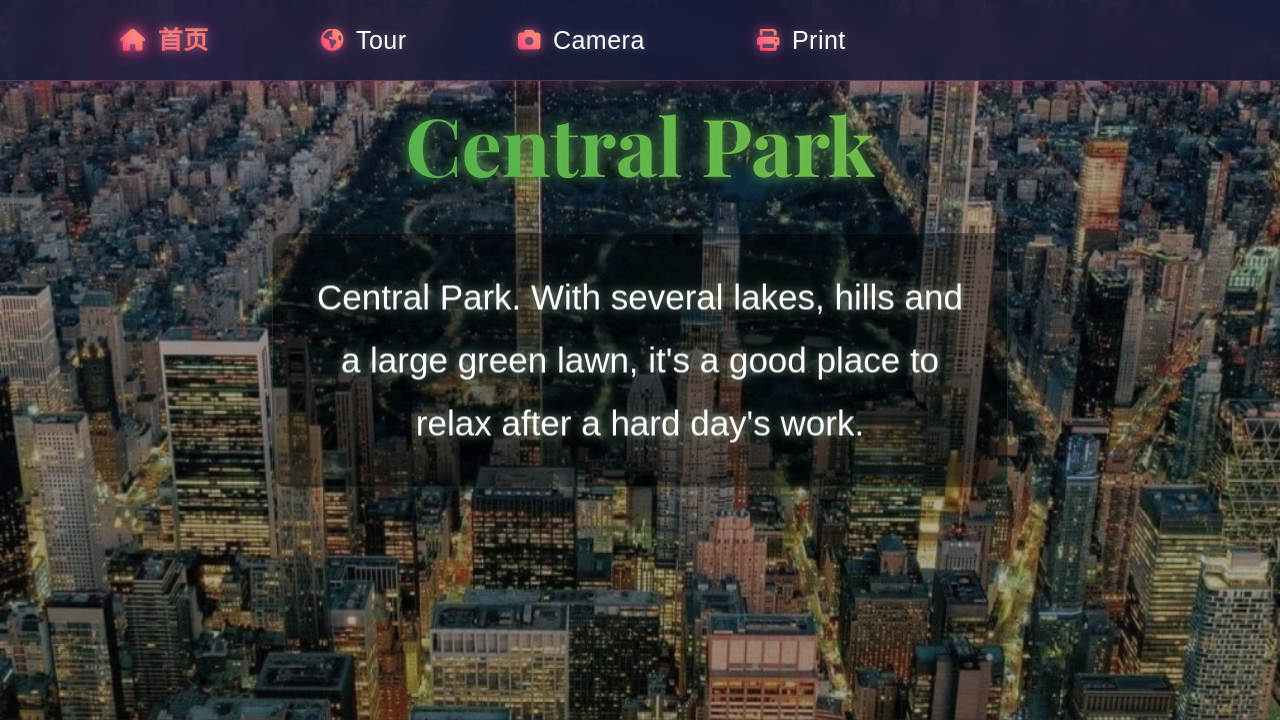
Repository: huang-heavenly-Emperor/NewYork
Page: central-park.html
The author's editor kept a copy of each file at every save. The page is drawn from the files as they stood at one save, then again after the next save.
The browser window is 1280 px wide. The pictures show the whole page.

Above is the page before, as saved 2024-12-12 10:03:42.

### central-park.html
<!DOCTYPE html>
<html lang="en">

<head>
  <meta charset="UTF-8">
  <meta name="viewport" content="width=device-width, initial-scale=1.0">
  <title>Central Park - NYC</title>
  <link rel="stylesheet" href="css/central-park.css">
  <link rel="stylesheet" href="https://cdnjs.cloudflare.com/ajax/libs/font-awesome/6.0.0/css/all.min.css">
  <link rel="stylesheet" href="css/animations.css">
  <link rel="stylesheet" href="css/style.css">
  <link href="https://fonts.googleapis.com/css2?family=Playfair+Display:wght@700&family=Inter:wght@400;500&display=swap"
    rel="stylesheet">
</head>

<body>
  <nav class="main-nav">
    <ul class="nav-links">
      <li>
        <a href="/" class="active">
          <i class="fas fa-home"></i>
          首页
        </a>
      </li>
      <li class="dropdown">
        <a href="/tour">
          <i class="fas fa-globe-americas"></i>
          Tour
        </a>
        <ul class="dropdown-menu">
          <li>
            <a href="/asia">
              <i class="fas fa-torii-gate"></i>
              Asia
            </a>
          </li>
          <li>
            <a href="/africa">
              <i class="fas fa-sun"></i>
              Africa
            </a>
          </li>
          <li>
            <a href="/europe">
              <i class="fas fa-landmark"></i>
              Europe
            </a>
          </li>
          <li class="nested-dropdown">
            <a href="/america">
              <i class="fas fa-flag-usa"></i>
              America
            </a>
            <ul class="nested-dropdown-menu">
              <li class="usa-dropdown">
                <a href="/usa">
                  <i class="fas fa-star"></i>
                  The USA
                </a>
                <ul class="usa-dropdown-menu">
                  <li>
                    <a href="/wall-street">
                      <i class="fas fa-chart-line"></i>
                      Wall Street
                    </a>
                  </li>
                  <li>
                    <a href="/times-square">
                      <i class="fas fa-city"></i>
                      Times Square
                    </a>
                  </li>
                  <li>
                    <a href="/central-park">
                      <i class="fas fa-tree"></i>
                      Central Park
                    </a>
                  </li>
                  <li>
                    <a href="/broadway">
                      <i class="fas fa-theater-masks"></i>
                      Broadway
                    </a>
                  </li>
                </ul>
              </li>
            </ul>
          </li>
          <li>
            <a href="/others">
              <i class="fas fa-ellipsis-h"></i>
              Others
            </a>
          </li>
        </ul>
      </li>
      <li>
        <a href="/camera">
          <i class="fas fa-camera"></i>
          Camera
        </a>
      </li>
      <li>
        <a href="/print">
          <i class="fas fa-print"></i>
          Print
        </a>
      </li>
    </ul>
  </nav>

  <div class="banner">
    <img src="images/3.png" alt="Central Park">
    <h1>Central Park</h1>
  </div>

  <article class="content">
    <p class="article-text">
      Central Park. With several lakes, hills and a large green lawn, it's a good place to relax after a hard day's work.
    </p>
  </article>
</body>

</html>

### css/central-park.css
/* 基础样式 */
* {
    margin: 0;
    padding: 0;
    box-sizing: border-box;
}

body {
    font-family: 'Inter', sans-serif;
    line-height: 1.6;
    color: #ffffff;
    background: #000000;
    height: 100vh;
    overflow: hidden;
}

/* Banner区域 */
.banner {
    position: relative;
    width: 100vw;
    height: 100vh;
    overflow: hidden;
}

.banner img {
    width: 100%;
    height: 100%;
    object-fit: cover;
    filter: brightness(0.7);
    animation: zoomIn 1.5s ease-out forwards;
}

.banner h1 {
    position: absolute;
    top: 20%;
    left: 50%;
    transform: translate(-50%, -50%);
    font-family: 'Playfair Display', serif;
    font-size: 5rem;
    background: linear-gradient(45deg, #4CAF50, #8BC34A);
    -webkit-background-clip: text;
    -webkit-text-fill-color: transparent;
    text-shadow:
        0 0 10px rgba(76, 175, 80, 0.5),
        0 0 20px rgba(139, 195, 74, 0.5);
    opacity: 0;
    animation: titleReveal 1.2s ease-out 0.8s forwards;
}

/* 文章内容 */
.content {
    position: absolute;
    top: 50%;
    left: 50%;
    transform: translate(-50%, -50%);
    max-width: 800px;
    width: 90%;
    padding: 2rem;
    z-index: 2;
    opacity: 0;
    animation: contentFadeIn 1s ease-out 1.5s forwards;
}

.article-text {
    font-size: 35px;
    line-height: 1.8;
    color: #ffffff;
    text-align: center;
    text-shadow:
        0 0 10px rgba(255, 255, 255, 0.5),
        0 0 20px rgba(76, 175, 80, 0.3);
    background: rgba(0, 0, 0, 0.4);
    padding: 2rem;
    border-radius: 15px;
    backdrop-filter: blur(10px);
    border: 1px solid rgba(76, 175, 80, 0.2);
}

/* 动画定义 */
@keyframes zoomIn {
    0% {
        transform: scale(1.2);
        filter: brightness(0);
    }
    100% {
        transform: scale(1);
        filter: brightness(0.7);
    }
}

@keyframes titleReveal {
    0% {
        opacity: 0;
        transform: translate(-50%, -20%);
        letter-spacing: 15px;
        text-shadow:
            0 0 20px rgba(76, 175, 80, 0.8),
            0 0 40px rgba(139, 195, 74, 0.8);
    }
    100% {
        opacity: 1;
        transform: translate(-50%, -50%);
        letter-spacing: normal;
        text-shadow:
            0 0 10px rgba(76, 175, 80, 0.5),
            0 0 20px rgba(139, 195, 74, 0.5);
    }
}

@keyframes contentFadeIn {
    0% {
        opacity: 0;
        transform: translate(-50%, -30%);
    }
    100% {
        opacity: 1;
        transform: translate(-50%, -50%);
    }
}

/* 响应式设计 */
@media (max-width: 768px) {
    .banner h1 {
        font-size: 3rem;
    }

    .article-text {
        font-size: 28px;
        padding: 1.5rem;
    }
}

@media (max-width: 480px) {
    .banner h1 {
        font-size: 2.5rem;
    }

    .article-text {
        font-size: 24px;
        padding: 1rem;
    }
}

### css/animations.css
/* 开屏动画 */
@keyframes fadeInScale {
  0% {
    opacity: 0;
    transform: scale(0.9);
  }
  50% {
    opacity: 0.5;
    transform: scale(1.02);
  }
  100% {
    opacity: 1;
    transform: scale(1);
  }
}

@keyframes slideInFromBottom {
  0% {
    opacity: 0;
    transform: translate(-50%, 50px);
  }
  60% {
    opacity: 0.8;
    transform: translate(-50%, -5px);
  }
  80% {
    transform: translate(-50%, 2px);
  }
  100% {
    opacity: 1;
    transform: translate(-50%, 0);
  }
}

@keyframes slideInFromTop {
  0% {
    opacity: 0;
    transform: translateY(-30px);
  }
  100% {
    opacity: 1;
    transform: translateY(0);
  }
}

@keyframes fadeInRotate {
  0% {
    opacity: 0;
    transform: rotate(-10deg) scale(0.95);
  }
  100% {
    opacity: 1;
    transform: rotate(0) scale(1);
  }
}

/* 导航栏画 */
.main-nav {
  animation: slideInFromTop 0.8s cubic-bezier(0.34, 1.56, 0.64, 1);
}

.nav-links li {
  opacity: 0;
  animation: fadeInRotate 0.6s cubic-bezier(0.34, 1.56, 0.64, 1) forwards;
}

.nav-links li:nth-child(1) { animation-delay: 0.2s; }
.nav-links li:nth-child(2) { animation-delay: 0.3s; }
.nav-links li:nth-child(3) { animation-delay: 0.4s; }
.nav-links li:nth-child(4) { animation-delay: 0.5s; }

/* 导航链接悬停效果 */
.nav-links a {
  transition: all 0.3s cubic-bezier(0.34, 1.56, 0.64, 1);
}

.nav-links a:hover {
  transform: translateY(-2px) scale(1.05);
  text-shadow: 0 2px 4px rgba(0, 0, 0, 0.2);
}

/* 火箭动画 */
.rocketManSVG {
  opacity: 0;
  animation: fadeInScale 1s cubic-bezier(0.23, 1, 0.32, 1) 1s forwards;
}

/* 星星动画 */
.star {
  opacity: 0;
  animation: fadeInRotate 0.8s cubic-bezier(0.34, 1.56, 0.64, 1) forwards;
}

.starContainer .star:nth-child(odd) {
  animation-delay: 0.5s;
}

.starContainer .star:nth-child(even) {
  animation-delay: 0.7s;
}

/* 卫星动画 */
.satellite {
  opacity: 0;
  animation: fadeInScale 1s cubic-bezier(0.23, 1, 0.32, 1) 1.2s forwards;
}

/* 标题动画 */
.demo--dancing-shadows__title {
  animation: fadeInScale 1.8s cubic-bezier(0.23, 1, 0.32, 1);
}

.text-wrapper {
  animation: fadeInScale 2s cubic-bezier(0.23, 1, 0.32, 1) 0.2s backwards;
}

/* CTA按钮动画 */
.cta-wrapper {
  position: fixed;
  bottom: 50px;
  left: 50%;
  transform: translateX(-50%);
  z-index: 1000;
  animation: slideInFromBottom 1.2s cubic-bezier(0.34, 1.56, 0.64, 1) 1.5s backwards;
  opacity: 1;
}

.cta-button {
  transition: all 0.5s cubic-bezier(0.34, 1.56, 0.64, 1);
  will-change: transform;
  position: relative;
  z-index: 1000;
  opacity: 1;
}

.cta-button:hover {
  transform: translateY(-6px) scale(1.03);
  box-shadow: 0 12px 35px rgba(255, 107, 107, 0.4);
  background: linear-gradient(135deg,
    rgba(255, 127, 127, 0.98),
    rgba(255, 127, 167, 0.98)
  );
  letter-spacing: 1px;
}

.cta-button:active {
  transform: translateY(-2px) scale(0.98);
  box-shadow: 0 6px 20px rgba(255, 107, 107, 0.4);
  transition: all 0.2s cubic-bezier(0.34, 1.56, 0.64, 1);
}

/* 文字悬停效果 */
.text-item {
  transition: all 0.4s cubic-bezier(0.34, 1.56, 0.64, 1);
  will-change: transform;
}

.text-item:hover {
  transform: translateY(-4px) scale(1.08);
  text-shadow: 0 0.15rem black,
               0 0.25rem black,
               0 0.35rem black,
               0 0.45rem black,
               0 0.65rem black,
               0 0.75rem rgba(255, 255, 255, 0.8),
               0 0.85rem rgba(255, 255, 255, 0.6);
}

/* 背景动画效果 */
.demo--dancing-shadows__title:before {
  transition: all 0.8s cubic-bezier(0.23, 1, 0.32, 1);
}

.demo--dancing-shadows__title:hover:before {
  filter: hue-rotate(25deg) brightness(1.15);
}

### css/style.css
/* 璀璨大气的配色方案 */
:root {
    --primary: #FF1E6C;
    --secondary: #2E8FFF;
    --accent-1: #9D3FFF;
    --accent-2: #00E5B8;
    --accent-3: #FFD700;
    --dark: #1C1C3A;
    --nav-bg: rgba(28, 28, 58, 0.85);
    --text-light: #ffffff;
    --text-dim: rgba(255, 255, 255, 0.9);

    /* 明亮绚丽的渐变 */
    --gradient-1: linear-gradient(45deg, #FF1E6C, #FF8E53);
    --gradient-2: linear-gradient(45deg, #2E8FFF, #00E5B8);
    --gradient-3: linear-gradient(45deg, #9D3FFF, #FF1E6C);
    --gradient-4: linear-gradient(45deg, #FFD700, #FF8E53);
    --gradient-nav: linear-gradient(90deg,
            rgba(255, 30, 108, 0.15),
            rgba(46, 143, 255, 0.15),
            rgba(157, 63, 255, 0.15));

    /* 炫彩光效 */
    --glow-primary: 0 0 20px rgba(255, 30, 108, 0.3);
    --glow-secondary: 0 0 20px rgba(46, 143, 255, 0.3);
    --glow-accent: 0 0 20px rgba(157, 63, 255, 0.3);

    --shadow-sm: 0 2px 8px rgba(255, 30, 108, 0.15);
    --shadow-md: 0 4px 20px rgba(157, 63, 255, 0.2);
    --shadow-lg: 0 8px 30px rgba(46, 143, 255, 0.25);
    --transition: all 0.4s cubic-bezier(0.4, 0, 0.2, 1);
}

body {
    margin: 0;
    padding: 0;
    font-family: 'Poppins', sans-serif;
    background: linear-gradient(135deg, var(--dark), #2A2A5A);
    color: var(--text-light);
    overflow-x: hidden;
}

li {
    list-style: none;
}

/* 现代导航栏样式 */
.main-nav {
    position: fixed;
    left: 0;
    top: 0;
    width: 100%;
    background: var(--nav-bg);
    backdrop-filter: blur(15px);
    z-index: 1000;
    border-bottom: 1px solid rgba(255, 255, 255, 0.15);
    box-shadow: var(--glow-primary);
}

/* 导航链接容器 */
.nav-links {
    display: flex;
    list-style: none;
    margin: 0;
    padding: 0 4rem;
    height: 80px;
}

.nav-links>li {
    position: relative;
    margin: 0 1.5rem;
}

/* 导航链接基础样式 */
.nav-links a {
    display: flex;
    align-items: center;
    padding: 0 2rem;
    height: 100%;
    color: var(--text-light);
    text-decoration: none;
    font-size: 25px;
    font-weight: 500;
    letter-spacing: 0.5px;
    transition: var(--transition);
    position: relative;
    z-index: 1;
    text-shadow: 0 0 10px rgba(255, 255, 255, 0.3);
}

/* 导航链接悬停效果 */
.nav-links>li>a::before {
    content: '';
    position: absolute;
    top: 50%;
    left: 0;
    width: 100%;
    height: 0;
    background: var(--gradient-nav);
    opacity: 0;
    transition: var(--transition);
    z-index: -1;
    border-radius: 8px;
}

.nav-links>li:hover>a::before {
    height: 85%;
    top: 8%;
    opacity: 1;
}

.nav-links>li>a::after {
    content: '';
    position: absolute;
    bottom: 0;
    left: 50%;
    width: 0;
    height: 3px;
    background: var(--gradient-1);
    transform: translateX(-50%);
    transition: var(--transition);
    box-shadow: var(--glow-primary);
}

.nav-links>li:hover>a::after {
    width: 100%;
}

/* 图标动画 */
.nav-links i {
    margin-right: 12px;
    font-size: 1.4rem;
    transition: var(--transition);
    background: var(--gradient-1);
    -webkit-background-clip: text;
    background-clip: text;
    -webkit-text-fill-color: transparent;
    filter: drop-shadow(0 0 8px rgba(255, 30, 108, 0.5));
}

.nav-links a:hover i {
    transform: translateY(-3px) scale(1.2);
    background: var(--gradient-4);
    -webkit-background-clip: text;
    background-clip: text;
    filter: drop-shadow(0 0 12px rgba(255, 215, 0, 0.6));
}

/* 下拉菜单容器 */
.dropdown-menu,
.nested-dropdown-menu,
.usa-dropdown-menu {
    position: absolute;
    background: rgba(28, 28, 58, 0.9);
    backdrop-filter: blur(20px);
    min-width: 280px;
    opacity: 0;
    visibility: hidden;
    transform: translateY(20px);
    transition: var(--transition);
    border-radius: 16px;
    padding: 1rem 0;
    border: 1px solid rgba(255, 255, 255, 0.2);
    box-shadow: var(--shadow-lg), var(--glow-secondary);
}

.dropdown-menu {
    top: 100%;
    left: 50%;
    transform: translateX(-50%) translateY(20px);
    margin-top: 0.5rem;
}

.nested-dropdown-menu,
.usa-dropdown-menu {
    top: 0;
    left: calc(100% + 0.5rem);
    transform: translateX(20px);
}

/* 特殊处理 America 的二级菜单 */
.usa-dropdown-menu {
    top: -0.5rem;
    /* 调整垂直位置与父菜单项对齐 */
}

/* 下拉菜单显示动画 */
.dropdown:hover>.dropdown-menu {
    opacity: 1;
    visibility: visible;
    transform: translateX(-50%) translateY(0);
}

.nested-dropdown:hover>.nested-dropdown-menu,
.usa-dropdown:hover>.usa-dropdown-menu {
    opacity: 1;
    visibility: visible;
    transform: translateX(0);
}

/* 为二级菜单创建更大的可hover区域 */
.nested-dropdown,
.usa-dropdown {
    position: relative;
    padding-right: 1.5rem;
    /* 为箭头图标留出空间 */
}

.nested-dropdown::before,
.usa-dropdown::before {
    content: '';
    position: absolute;
    top: -1rem;
    right: -1rem;
    bottom: -1rem;
    width: 3rem;
    /* 扩大可点击区域 */
    background: transparent;
}

/* 下拉菜单项样式 */
.dropdown-menu a,
.nested-dropdown-menu a,
.usa-dropdown-menu a {
    padding: 1.2rem 2rem;
    color: var(--text-dim);
    font-size: 22px;
    border-left: 3px solid transparent;
    background: linear-gradient(90deg, transparent, transparent);
    transition: var(--transition);
    white-space: nowrap;
}

.dropdown-menu a:hover,
.nested-dropdown-menu a:hover,
.usa-dropdown-menu a:hover {
    color: var(--text-light);
    background: var(--gradient-nav);
    border-left: 3px solid var(--primary);
    transform: translateX(5px);
    box-shadow: var(--glow-primary);
}

/* 下拉指示器 */
.dropdown>a::after {
    content: '▾';
    margin-left: 10px;
    font-size: 1.4em;
    transition: var(--transition);
    background: var(--gradient-1);
    -webkit-background-clip: text;
    background-clip: text;
    -webkit-text-fill-color: transparent;
    filter: drop-shadow(0 0 8px rgba(255, 30, 108, 0.5));
}

.nested-dropdown>a::after {
    content: '▸';
}

.dropdown:hover>a::after {
    transform: rotate(180deg);
    background: var(--gradient-4);
    -webkit-background-clip: text;
    background-clip: text;
    filter: drop-shadow(0 0 12px rgba(255, 215, 0, 0.6));
}

.nested-dropdown:hover>a::after {
    transform: rotate(90deg);
}

/* 激活状态 */
.nav-links a.active {
    background: var(--gradient-1);
    -webkit-background-clip: text;
    background-clip: text;
    -webkit-text-fill-color: transparent;
    font-weight: 600;
    filter: drop-shadow(0 0 8px rgba(255, 30, 108, 0.5));
}

.nav-links a.active::before {
    opacity: 0.2;
    height: 100%;
    top: 0;
}

/* 滚动效果 */
.main-nav.scrolled {
    background: var(--nav-bg);
    box-shadow: var(--shadow-md), var(--glow-primary);
}

/* Hero Section */
.hero {
    height: 100vh;
    background-image: url('https://images.unsplash.com/photo-1469854523086-cc02fe5d8800?ixlib=rb-4.0.3');
    background-size: cover;
    background-position: center;
    background-attachment: fixed;
    display: flex;
    align-items: center;
    justify-content: center;

    position: absolute;
    top: 0;
    left: 0;
    right: 0;
    bottom: 0;
    z-index: 2000;
}

.hero::before {
    content: '';
    position: absolute;
    top: 0;
    left: 0;
    right: 0;
    bottom: 0;
    background: linear-gradient(135deg,
            rgba(28, 28, 58, 0.7),
            rgba(46, 143, 255, 0.6),
            rgba(255, 30, 108, 0.5));
    backdrop-filter: blur(2px);
}

.hero-content {
    text-align: center;
    position: relative;
    z-index: 1;
    padding: 2rem;
}

After the next save:
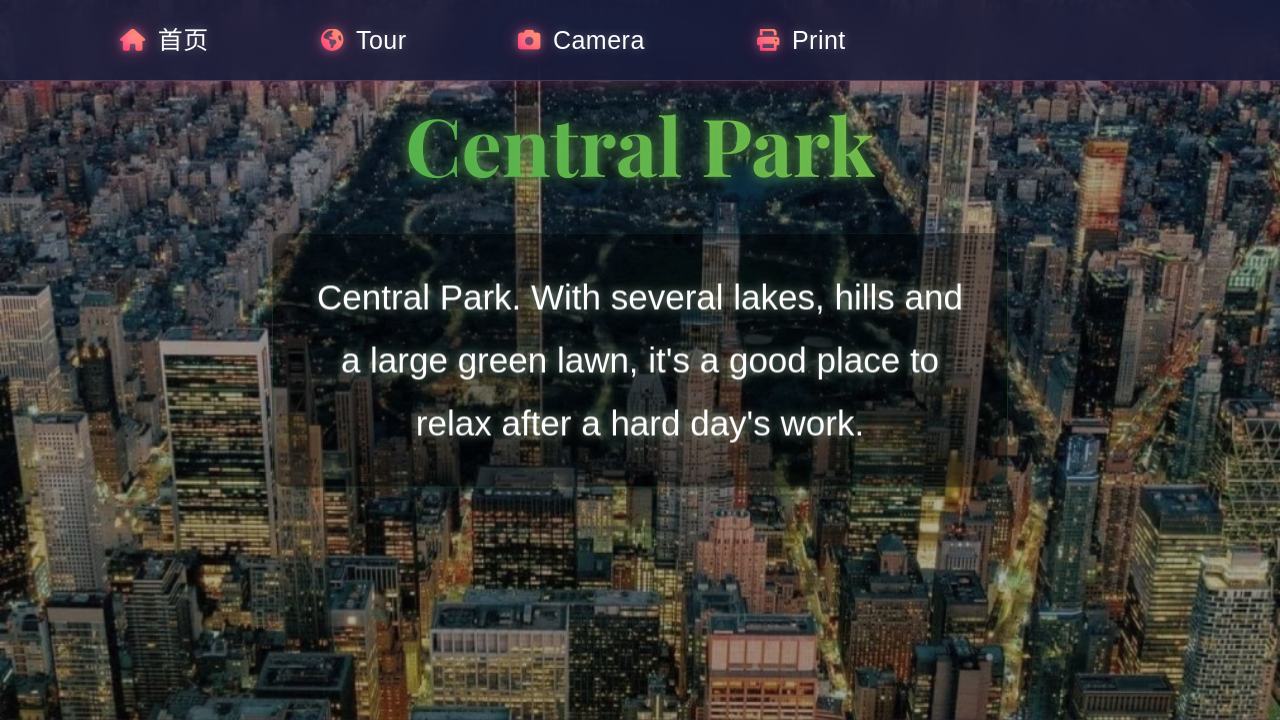
Saved 9 s later.
--- a/central-park.html
+++ b/central-park.html
@@ -17,67 +17,67 @@
   <nav class="main-nav">
     <ul class="nav-links">
       <li>
-        <a href="/" class="active">
+        <a href="index.html">
           <i class="fas fa-home"></i>
           首页
         </a>
       </li>
       <li class="dropdown">
-        <a href="/tour">
+        <a href="tour.html">
           <i class="fas fa-globe-americas"></i>
           Tour
         </a>
         <ul class="dropdown-menu">
           <li>
-            <a href="/asia">
+            <a href="asia.html">
               <i class="fas fa-torii-gate"></i>
               Asia
             </a>
           </li>
           <li>
-            <a href="/africa">
+            <a href="africa.html">
               <i class="fas fa-sun"></i>
               Africa
             </a>
           </li>
           <li>
-            <a href="/europe">
+            <a href="europe.html">
               <i class="fas fa-landmark"></i>
               Europe
             </a>
           </li>
           <li class="nested-dropdown">
-            <a href="/america">
+            <a href="america.html">
               <i class="fas fa-flag-usa"></i>
               America
             </a>
             <ul class="nested-dropdown-menu">
               <li class="usa-dropdown">
-                <a href="/usa">
+                <a href="usa.html">
                   <i class="fas fa-star"></i>
                   The USA
                 </a>
                 <ul class="usa-dropdown-menu">
                   <li>
-                    <a href="/wall-street">
+                    <a href="wall-street.html">
                       <i class="fas fa-chart-line"></i>
                       Wall Street
                     </a>
                   </li>
                   <li>
-                    <a href="/times-square">
+                    <a href="times-square.html">
                       <i class="fas fa-city"></i>
                       Times Square
                     </a>
                   </li>
                   <li>
-                    <a href="/central-park">
+                    <a href="central-park.html" class="active">
                       <i class="fas fa-tree"></i>
                       Central Park
                     </a>
                   </li>
                   <li>
-                    <a href="/broadway">
+                    <a href="broadway.html">
                       <i class="fas fa-theater-masks"></i>
                       Broadway
                     </a>
@@ -87,7 +87,7 @@
             </ul>
           </li>
           <li>
-            <a href="/others">
+            <a href="others.html">
               <i class="fas fa-ellipsis-h"></i>
               Others
             </a>
@@ -95,13 +95,13 @@
         </ul>
       </li>
       <li>
-        <a href="/camera">
+        <a href="camera.html">
           <i class="fas fa-camera"></i>
           Camera
         </a>
       </li>
       <li>
-        <a href="/print">
+        <a href="print.html">
           <i class="fas fa-print"></i>
           Print
         </a>
